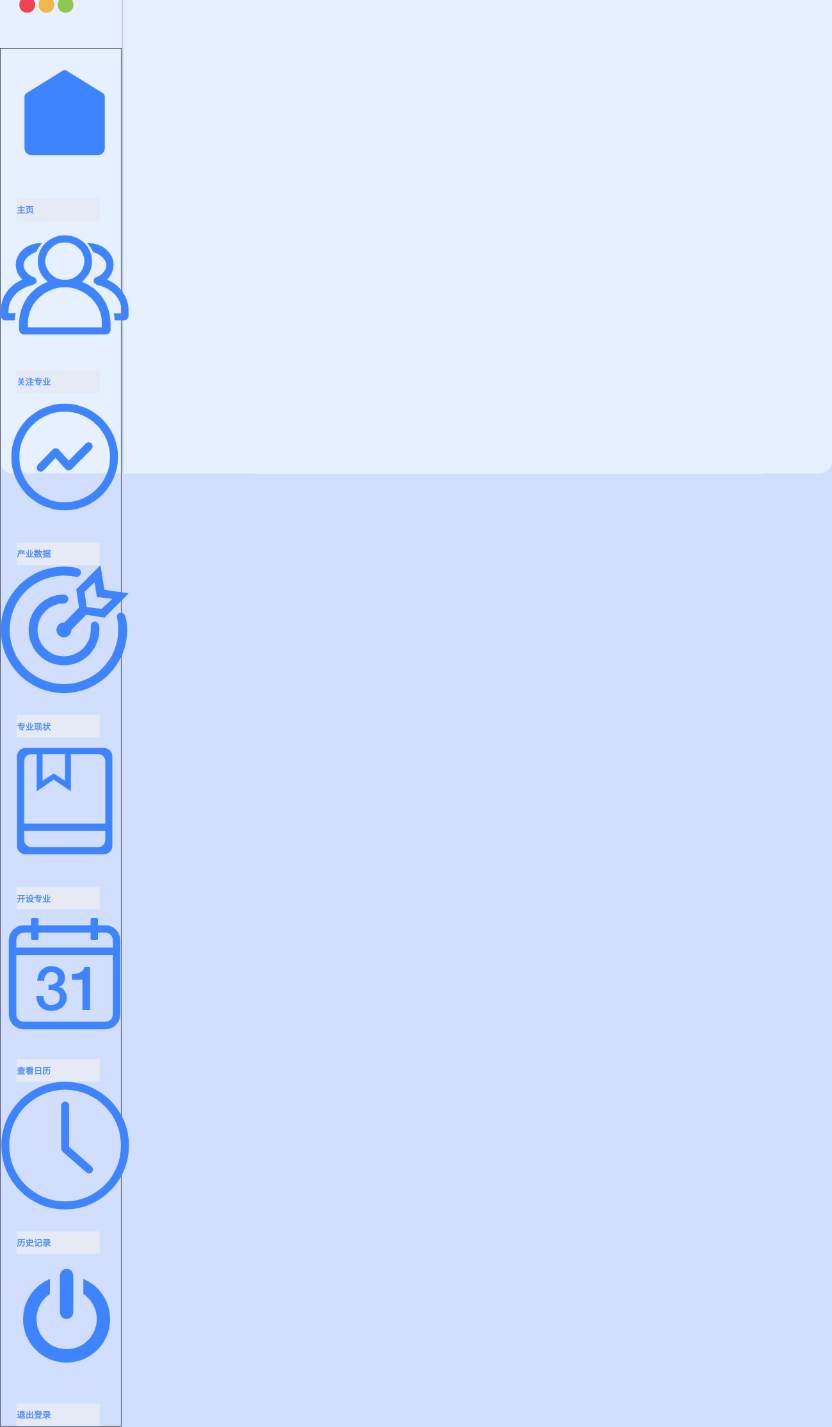
Repository: akaCSDN/test
Page: 2.1主页.html
These files come from the project's save history. The page is drawn as it stood at one moment and after a run of saves; the edit follows.
The browser window is 1280 px wide. The page is 1300 px wide, so the pictures cover 1300 px, including what lies to the right of the window. The pictures show the whole page, at 64% of full size.

Above is the page before, as saved 2022-12-02 15:06:12.

### 2.1主页.html
<!DOCTYPE html>
<html lang="en">
<head>
    <meta charset="UTF-8">
    <meta http-equiv="X-UA-Compatible" content="IE=edge">
    <meta name="viewport" content="width=device-width, initial-scale=1.0">
    <title>Document</title>
    <style type="text/css">
        *{
            margin: 0;
            padding: 0;
            border: 0;
        }
        .main{
            width: 1300px;
            height: 760px;
            /* border: 1px solid black; */
            border-radius: 20px;
            background-color: aliceblue;
            opacity: 0.7;
            position: absolute;
            top: 0;
            right: 0;
            bottom: 0;
            left: 0;
            margin: auto;

        }
        .left{
            width: 190px;
            height: 760px;
            border-radius: 20px 0px 0px 20px;
            border-right: 3px solid rgba(146, 169, 213, 0.622);
            /* border: 1px solid black; */
            position: absolute;
        }
        .circle-point{
            width: 100px;
            height: 30px;
            /* border: 1px solid black; */
            margin-left: 25px;
            margin-top: 15px;
        }
        .circle-point div{
            width: 25px;
            height: 25px;
            border-radius: 100% 100% 100% 100%;
            float: left;
            opacity: 1;
            /* position: absolute; */
            margin-left: 5px;

        }
        .button{
            width: auto;
            height: auto;
            border: 1px solid black;
            margin-top: 50px;
        }
        .button ul{
            list-style-type: none;
        }
        .button button{
            width: 130px;
            height: 35px;
            text-align: left;
            margin-left: 25px;
            color: rgba(0, 94, 255, 0.909);
            font-weight: 600;
            margin-top: 30px;

        }
    </style>
</head>
<body style="background-color: rgb(209, 222, 254);">
    <div class="main">
        <div class="left">
            <div class="circle-point">
                <div style="background-color: red;"></div>
                <div style="background-color: orange;"></div>
                <div style="background-color:rgb(116, 189, 7);"></div>
            </div>
            <div class="button">
                    <img src="./icon/主页.png" alt=""><button>主页</button>
                    <br>
                    <img src="./icon/专业.png" alt=""><button>关注专业</button>
                    <br>
                    <img src="./icon/数据.png" alt=""><button>产业数据</button>
                    <br>
                    <img src="./icon/现状.png" alt=""><button>专业现状</button>
                    <br>
                    <img src="./icon/开设.png" alt=""><button>开设专业</button>
                    <br>
                    <img src="./icon/日历.png" alt=""><button>查看日历</button>
                    <br>
                    <img src="./icon/历史.png" alt=""><button>历史记录</button>
                    <br>
                    <img src="./icon/退出.png" alt=""><button>退出登录</button>

            </div>



        </div>

    </div>
</body>
</html>

After the next 3 saves:
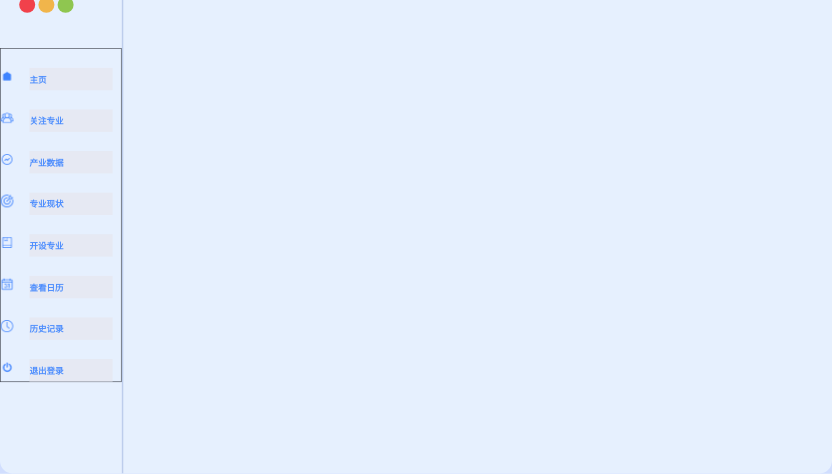
The 3 saves are shown as one change because they came seconds apart.
The last was saved 16 s later.
--- a/2.1主页.html
+++ b/2.1主页.html
@@ -70,6 +70,9 @@
             margin-top: 30px;
 
         }
+        .button img{
+            width: 20px ;
+        }
     </style>
 </head>
 <body style="background-color: rgb(209, 222, 254);">
